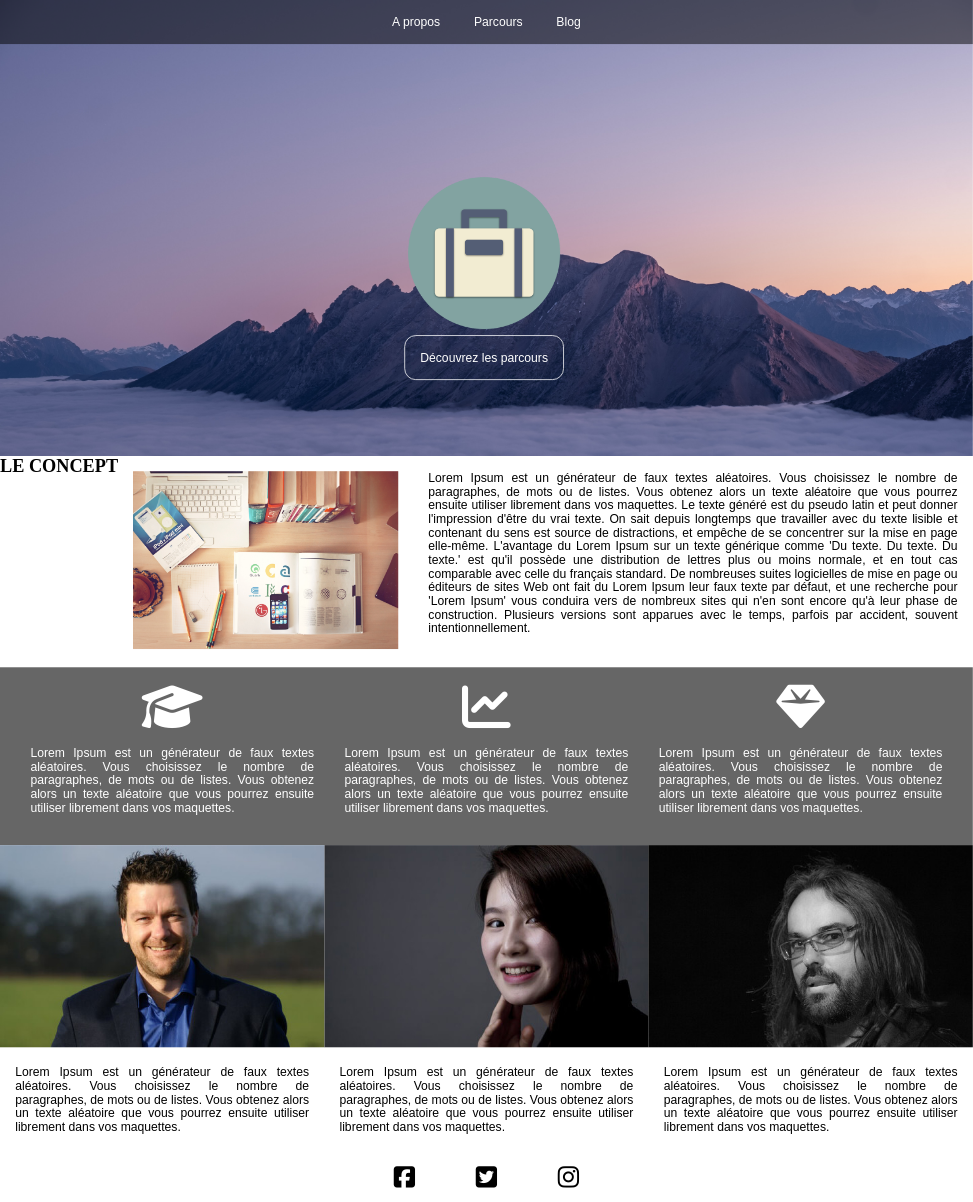
Repository: georeyff/WordPressThemes
Page: agenceVoyageInitial/index.html
The author's editor kept a copy of each file at every save. The page is drawn from the files as they stood at one save, then again after the next save.
The browser window is 1280 px wide. The pictures show the whole page, at 76% of full size.
Some web fonts or font styles are not loaded; a fallback is used. Some web libraries are served in a nearby version.

Above is the page before, as saved 2020-11-26 17:09:17.

After the next save:
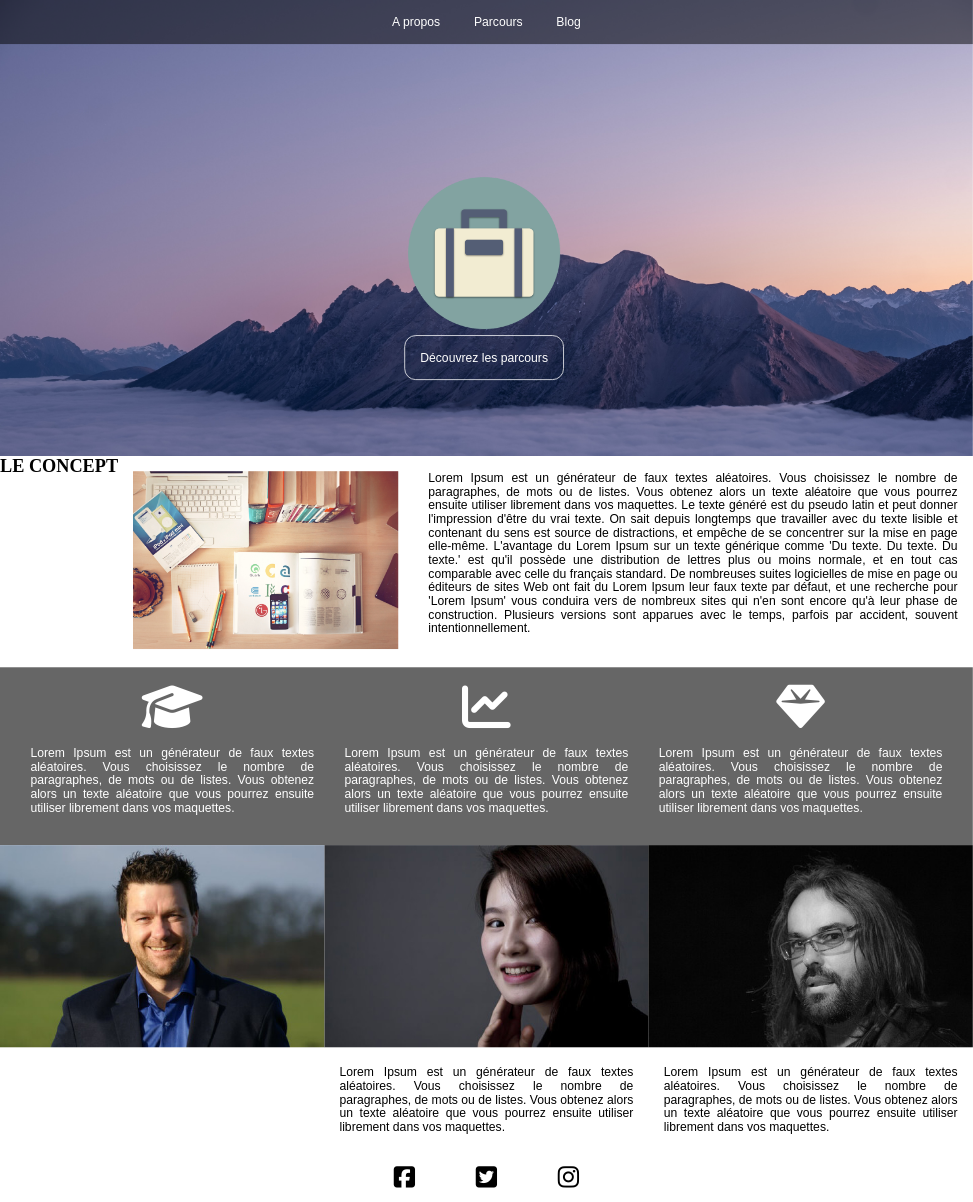
Saved 16 s later.
--- a/agenceVoyageInitial/index.html
+++ b/agenceVoyageInitial/index.html
@@ -74,9 +74,7 @@
     <section id="team">
         <div class="team_item">
           <img src="team1.jpg">
-          <p>
-            Lorem Ipsum est un générateur de faux textes aléatoires. Vous choisissez le nombre de paragraphes, de mots ou de listes. Vous obtenez alors un texte aléatoire que vous pourrez ensuite utiliser librement dans vos maquettes.
-          </p>
+
         </div><!-- Referme services_item -->
         <div class="team_item">
           <img src="team2.jpg">
